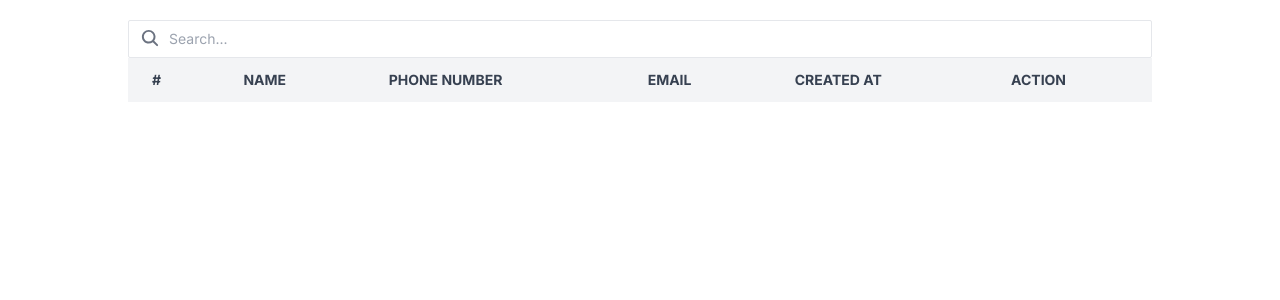
Repository: KilluaProject/crud-nextjs14
Page: /contacts
The author's editor kept a copy of each file at every save. The page is drawn from the files as they stood at one save, then again after the next save.
The browser window is 1280 px wide. The pictures show the whole page.
The project was rebuilt for these pictures with package versions that can differ from the ones it lists, and the page was loaded fresh each time. The framework's server and built-in components were replaced by stand-ins that run in the browser. Also part of the build but not shown: next.config.mjs.

Above is the page before, as saved 2024-06-30 11:46:42.

After the next save:
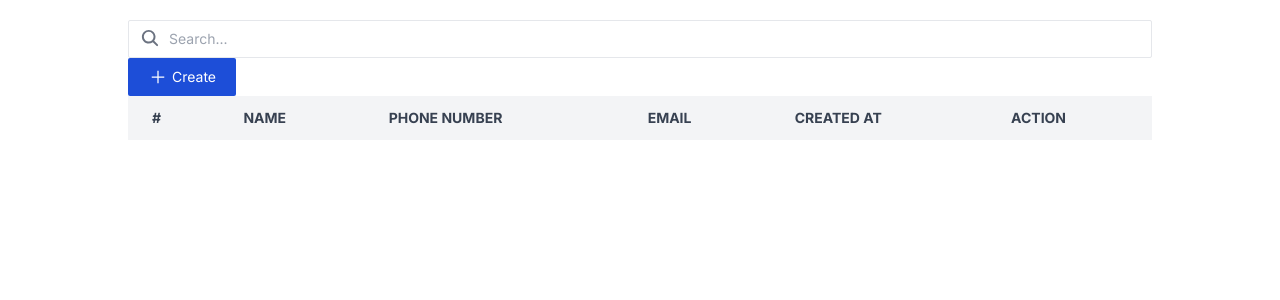
Saved 27 s later.
--- a/app/contacts/page.tsx
+++ b/app/contacts/page.tsx
@@ -1,3 +1,4 @@
+import { CreateButton } from '@/components/Button'
 import ContactsTable from '@/components/ContactsTable'
 import Search from '@/components/Search'
 
@@ -7,6 +8,7 @@ const ContactsPage = () => {
     <div className='max-w-screen-lg mx-auto mt-5'>
         <div>
             <Search/>
+            <CreateButton/>
         </div>
         <ContactsTable/>
     </div>
